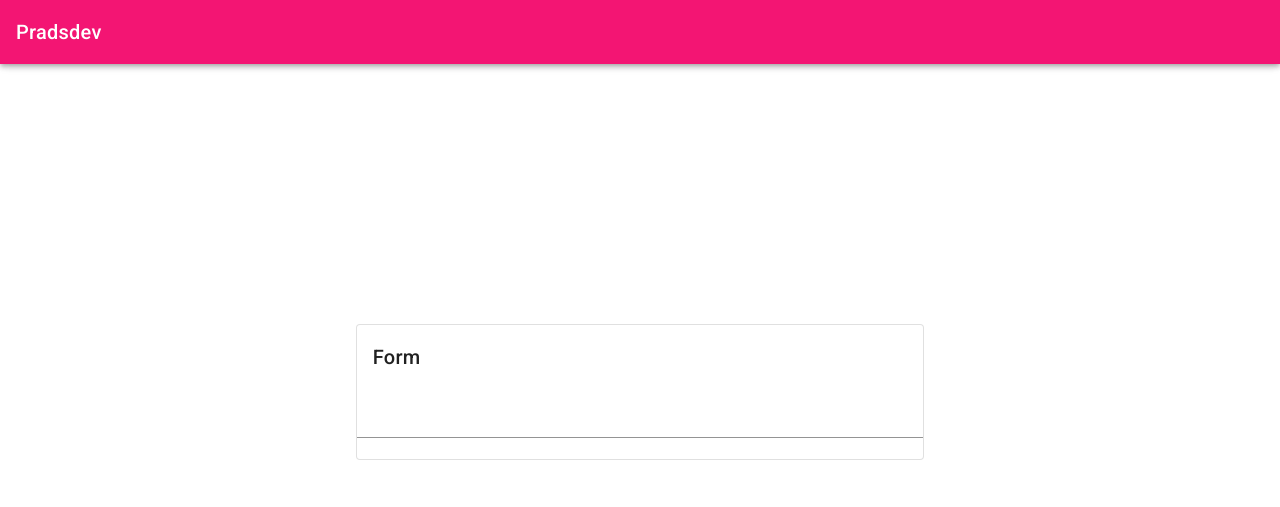
Repository: pradsdev/vue-form-validate
Page: /
The author's editor kept a copy of each file at every save. The page is drawn from the files as they stood at one save, then again after a run of saves.
The browser window is 1280 px wide. The pictures show the whole page.
The project was rebuilt for these pictures with package versions that can differ from the ones it lists, and the page was loaded fresh each time. Also part of the build but not shown: vue.config.js.

Above is the page before, as saved 2020-12-21 22:50:26.

### src/App.vue
<template>
  <v-app>
    <v-app-bar
      app
      color="primary"
      dark
    >
      <div class="d-flex align-center">
        <div class="title">
          Pradsdev
        </div>
      </div>
    </v-app-bar>

    <v-main>
      <HelloWorld/>
    </v-main>
  </v-app>
</template>

<script>
import HelloWorld from './components/HelloWorld'

export default {
  name: 'App',

  components: {
    HelloWorld
  },

  data: () => ({
    //
  })
}
</script>

### src/plugins/vuetify.js
import Vue from 'vue'
import Vuetify from 'vuetify/lib/framework'

Vue.use(Vuetify)

export default new Vuetify({
  theme: {
    options: {
      customProperties: true
    },
    themes: {
      light: {
        primary: '#f31573',
        secondary: '#424242',
        accent: '#82B1FF',
        error: '#FF5252',
        info: '#2196F3',
        success: '#4CAF50',
        warning: '#FFC107'
      }
    }
  }
})

### src/components/HelloWorld.vue
<template>
  <v-container fill-height>
    <v-row class="text-center justify-center">
      <v-col cols="6">
        <v-card outlined>
          <v-card-title>
            Form
          </v-card-title>
          <v-card-content>
            <v-form>
              <v-text-field>

              </v-text-field>
            </v-form>
          </v-card-content>
        </v-card>
      </v-col>
    </v-row>
  </v-container>
</template>

<script>
export default {
  name: 'HelloWorld',

  data: () => ({
  })
}
</script>

Loaded but not shown: public/index.html (common file); src/main.js (common file)

After the next 4 saves:
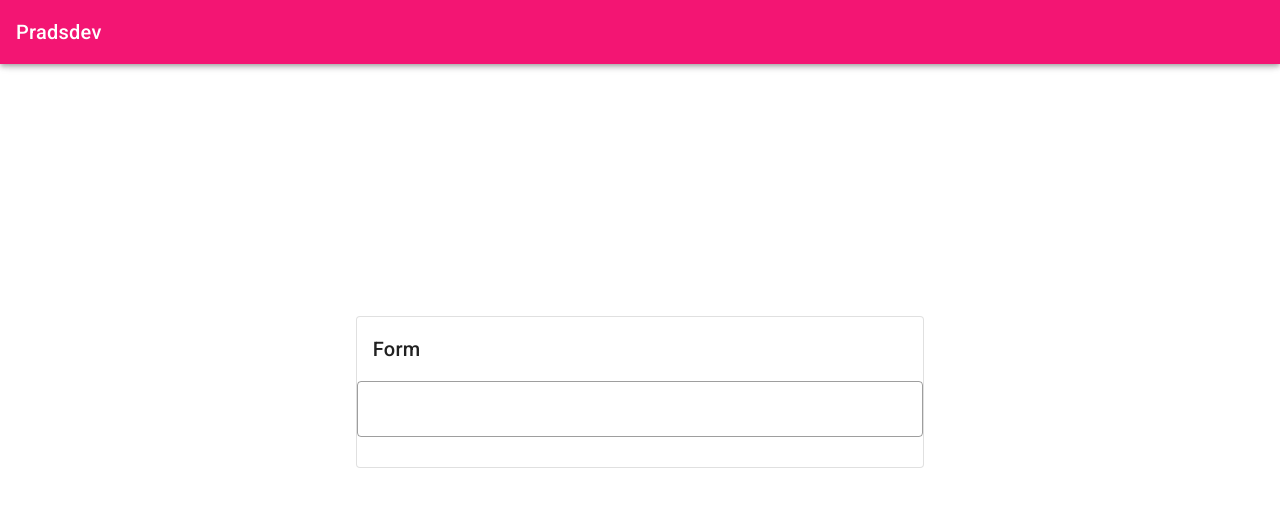
The 4 saves are shown as one change because they came seconds apart.
The last was saved 14 s later.
--- a/src/components/HelloWorld.vue
+++ b/src/components/HelloWorld.vue
@@ -8,9 +8,7 @@
           </v-card-title>
           <v-card-content>
             <v-form>
-              <v-text-field>
-
-              </v-text-field>
+              <v-text-field outlined/>
             </v-form>
           </v-card-content>
         </v-card>
